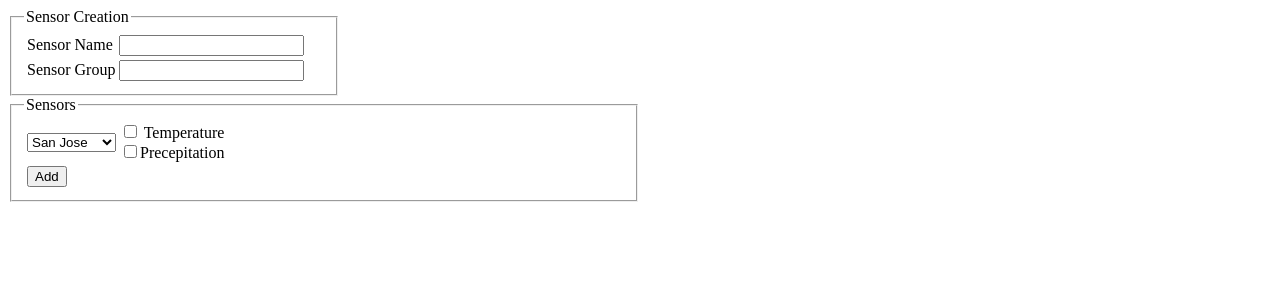
Repository: SharatNH/281mainproject
Page: adminmanagement/WebContent/index.html
An editor plug-in stored every save of this project. The page is shown before and after the next save, followed by the edit.
The browser window is 1280 px wide. The pictures show the whole page.

Above is the page before, as saved 2016-05-15 23:38:36.

After the next save:
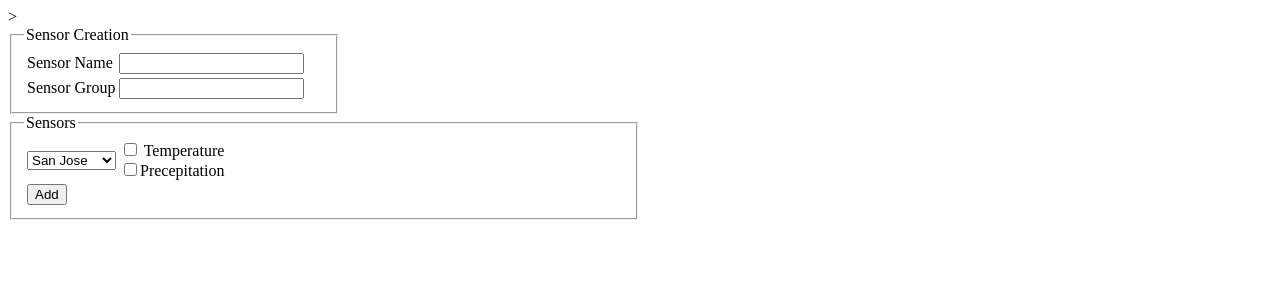
Saved 16 h 8 min later.
--- a/adminmanagement/WebContent/index.html
+++ b/adminmanagement/WebContent/index.html
@@ -6,7 +6,7 @@
 </head>
 <body>
 
-    <form onsubmit="addsensor(this)" method="post">
+    <form onsubmit="addsensor(this); return false;" id="01">>
         <fieldset style="width: 300px">
             <legend> Sensor Creation </legend>
             <table>
